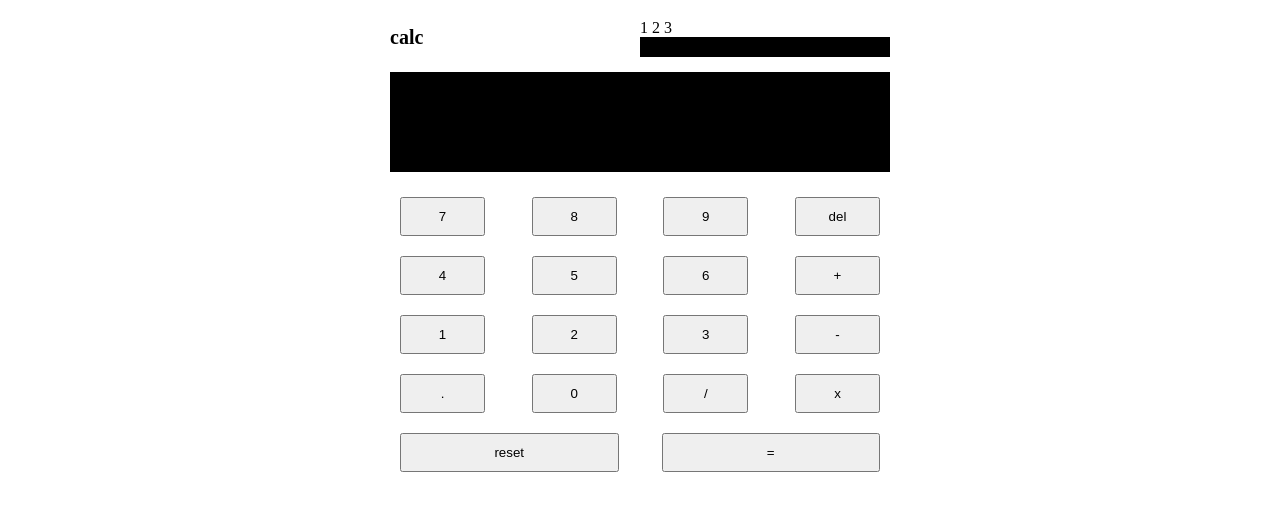
Repository: Eugene44-hub/basic-calculator
Page: index.html
An editor plug-in stored every save of this project. The page is shown before and after a run of saves, followed by the edit.
The browser window is 1280 px wide. The pictures show the whole page.

Above is the page before, as saved 2021-10-02 02:31:13.
Console error: SyntaxError: Unexpected end of input

After the next 2 saves:
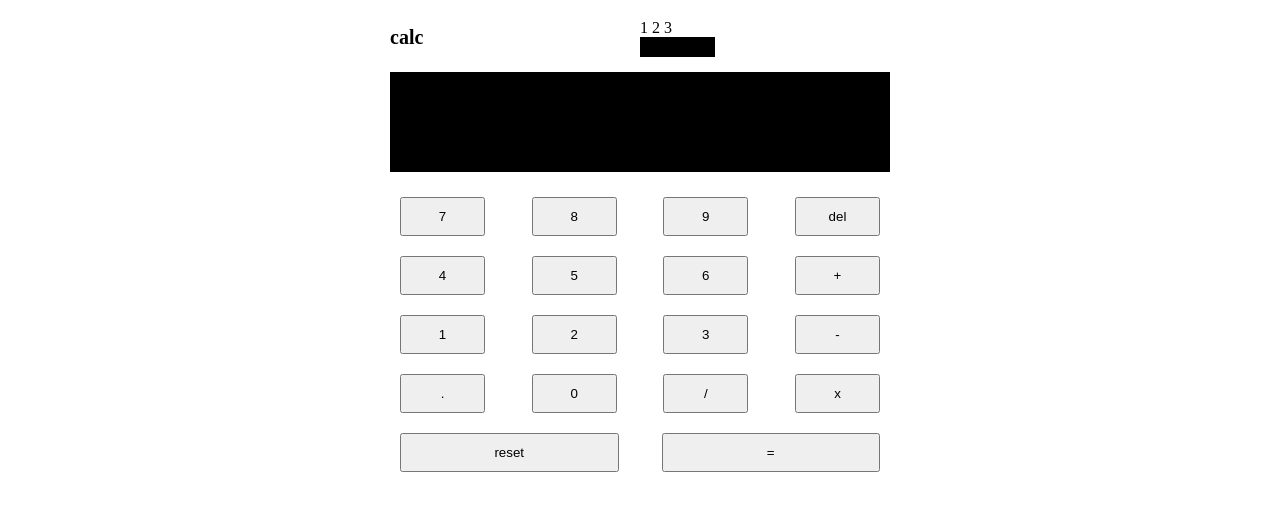
The 2 saves are shown as one change because they came seconds apart.
The last was saved 48 s later.
--- a/style.css
+++ b/style.css
@@ -29,7 +29,9 @@ h2 {
     flex: 50%;
 }
 
-.number-toggle {}
+.number-toggle {
+    width: 30%;
+}
 
 span {
     flex: 30%;
